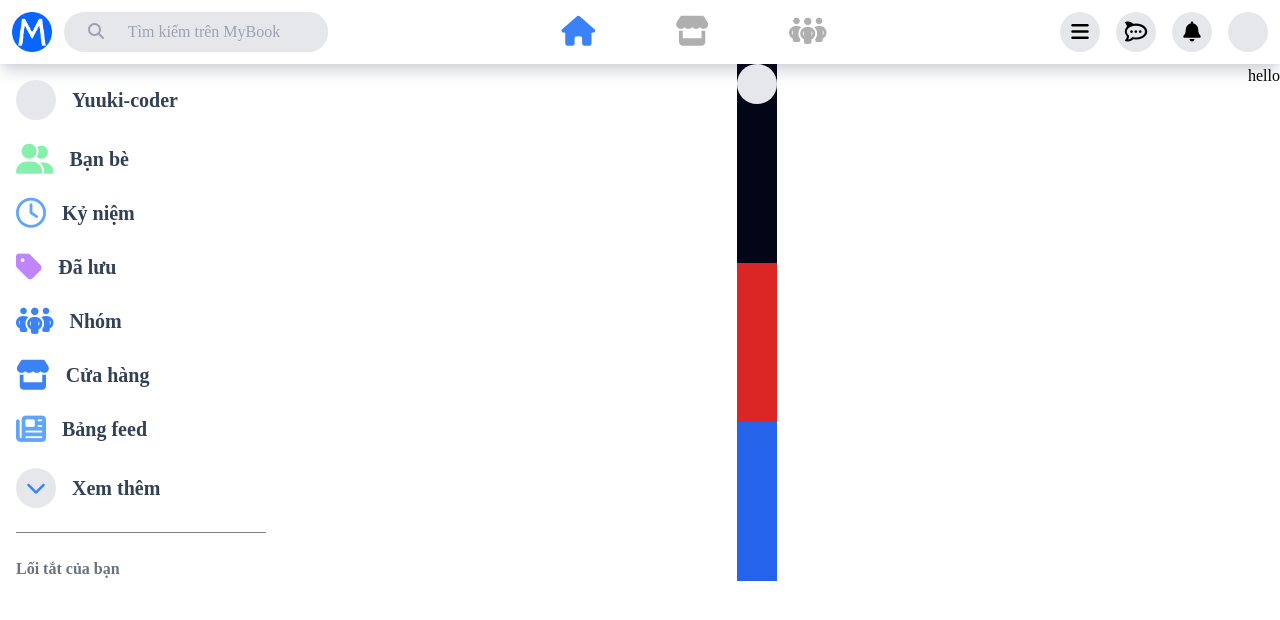
Repository: Yuukicoder/MyBook
Page: / (app in mybook/)
These files come from the project's save history. The page is drawn as it stood at one moment and after the next save; the edit follows.
The browser window is 1280 px wide. The pictures show the whole page.
The project was rebuilt for these pictures with package versions that can differ from the ones it lists, and the page was loaded fresh each time.

Above is the page before, as saved 2023-12-14 09:08:09.

### mybook/src/index.js
import React from 'react';
import ReactDOM from 'react-dom/client';
import './index.css';
import App from './App';
import reportWebVitals from './reportWebVitals';

const root = ReactDOM.createRoot(document.getElementById('root'));
root.render(
  <React.StrictMode >
  <App / >
  </React.StrictMode>
);

// If you want to start measuring performance in your app, pass a function
// to log results (for example: reportWebVitals(console.log))
// or send to an analytics endpoint. Learn more: https://bit.ly/CRA-vitals
reportWebVitals();

### mybook/src/index.css
@tailwind base;
@tailwind components;
@tailwind utilities;
  @import url('https://fonts.googleapis.com/css2?family=Arima:wght@100;200;300;400;500;700&display=swap');
*{
  margin: 0;
  padding: 0;
  box-sizing: border-box;
  font-family: Arima;
  /* border: 1px solid black; */
}
body{
  width: 100%;
  height: 100vh;
}

### mybook/src/App.js
import './App.css';
import '@fortawesome/fontawesome-free/css/all.min.css';
import Navbar from './Navbar'
import Option from './Option'
import News from './News';
import Friend_contact from './Friend_contact';
 var App = () =>
(
    <div class="">
        <Navbar/>
        <div class="flex justify-between">
        <Option name="Yuuki-coder"/>
        <News/>
        <Friend_contact/>
        </div>

    </div>
)

export default App;

### mybook/src/App.css
:root{
  --text-color: rgb(175, 175, 175);
  --bg-icon-color: #e5e7eb;
}
.avatar{
  width: 40px;
  height: 40px;
  background-color: var(--bg-icon-color);
  border-radius: 50%;
  display: flex;
  align-items: center;
  justify-content: center;
}

### mybook/src/Navbar.js
import './Navbar.css'
import '@fortawesome/fontawesome-free/css/all.min.css';

var Navbar = () =>(


    <div class="flex items-center justify-between  w-screen py-3 px-3  shadow-lg shadow-gray-300">
        <div class="flex">

    <div class="Navbar_icon pr-3">
        <img class="w-10 h-10" src='iconMyBook.png' alt=""></img>
    </div>
    <div class="Navbar_search h-10 bg-gray-200 rounded-3xl">
        <label class=" text-center h-full pl-6"for="">
    <i class="fa-solid fa-magnifying-glass text-gray-400" ></i>
        </label>

        <input class="rounded-3xl text-center h-full pr-6 bg-gray-200" type="text" placeholder="Tìm kiếm trên MyBook"></input>
        </div>

    </div>
    <div class="  Navbar_selection">
        <ul class="flex gap-20">
            <li>
            <i class="fa-solid fa-house text-blue-500"></i>
            </li>
            <li>
            <i class="fa-solid fa-store"></i>
            </li>
            <li> <i class="fa-solid fa-people-group"></i></li>
        </ul>
    </div>
    <div class="Navbar_option">
        <ul class="flex gap-4 items-center">
            <li>
            <div class="avatar">

                <i class="fa-solid fa-bars"></i>
            </div>
                </li>
            <li>
            <div class="avatar">

                <i class="fa-brands fa-rocketchat"></i>
            </div>
                </li>
            <li>
            <div class="avatar">

                <i class="fa-solid fa-bell"></i>
            </div>
                </li>
            <li><div class="avatar"></div></li>
        </ul>
    </div>
    </div>
)
export default Navbar;

### mybook/src/Option.js
import './Option.css'
// var ButtonCollapse = () =>{

//     var collapse = document.getElementById('collapse');
// }


var Option = (x) => {
    function sayHello(name) {
        alert(`hello, ${name}`);
      }

    return (
    <div class="mt-4 ml-4  grid gap-6">

    <div class="flex gap-4 items-center box ">
        <div class="avatar">
        </div>
        <p class="font-semibold text-xl text-slate-700">{x.name}</p>

    </div>
    <div class="flex gap-4 items-center box">
    <i class="fa-solid fa-user-group text-green-300"></i>
        <p class="font-semibold text-xl text-slate-700">Bạn bè</p>

    </div>
    <div class="flex gap-4 items-center box ">
    <i class="fa-regular fa-clock text-blue-400"></i>
        <p class="font-semibold text-xl text-slate-700">Kỷ niệm</p>

    </div>
    <div class="flex gap-4 items-center box ">
    <i class="fa-solid fa-tag text-purple-400"></i>
        <p class="font-semibold text-xl text-slate-700">Đã lưu</p>

    </div>
    <div class="flex gap-4 items-center box ">
    <i class="fa-solid fa-people-group text-blue-500"></i>
        <p class="font-semibold text-xl text-slate-700">Nhóm</p>

    </div>
    <div class="flex gap-4 items-center box ">
    <i class="fa-solid fa-store text-blue-500"></i>
        <p class="font-semibold text-xl text-slate-700">Cửa hàng</p>

    </div>
    <div class="flex gap-4 items-center box ">
        <i class="fa-solid fa-newspaper text-blue-400"></i>
        <p class="font-semibold text-xl text-slate-700">Bảng feed</p>

    </div>
    <div class="flex gap-4 items-center box " >
        <div class="avatar">
    <i class="fa-solid fa-chevron-down text-blue-500 "></i>
        </div>
        <button class="font-semibold text-xl text-slate-700" onclick={sayHello}>Xem thêm</button>

    </div>
    <div class="line"></div>
    <p class="text-base font-semibold text-gray-500">Lối tắt của bạn</p>
    </div>
)}
export default Option

### mybook/src/News.js
var News = () =>(
    <div class="grid">
        <div class="News_Story bg-slate-950">
            <div class="Story_Page">
                <div class="avatar"></div>
                <div class="author"></div>
            </div>
        </div>
        <div class="News_Tools bg-red-600"></div>
        <div class="News_Page bg-blue-600"></div>
    </div>

)
export default News;

### mybook/src/Friend_contact.js
var Friend_contact = () =>(
    <p>hello</p>
)
export default Friend_contact;

### mybook/src/Navbar.css
:root{
    --text-color: rgb(175, 175, 175);
    --bg-icon-color: #e5e7eb;
  }
  ul i{
  color: var(--text-color);
  font-size: 30px;
  }

  .Navbar_option ul li i{
    color: black;
  font-size: 20px;

  }

### mybook/src/Option.css

.box i{
    font-size: 30px;
}
.line{
    width: 250px;
    height: 1px;
    background-color: grey;
}
.avatar i{
    font-size: 20px;
}

### mybook/tailwind.config.js
/** @type {import('tailwindcss').Config} */
module.exports = {
  content: [
    "./src/**/*.{js,jsx,ts,tsx}",
  ],
  theme: {
    extend: {},
    color:{
      'text-grey':'#9ca9c9'
    }
  },
  plugins: [],
}

Loaded but not shown: mybook/public/index.html (common file); mybook/src/reportWebVitals.js (common file)

After the next save:
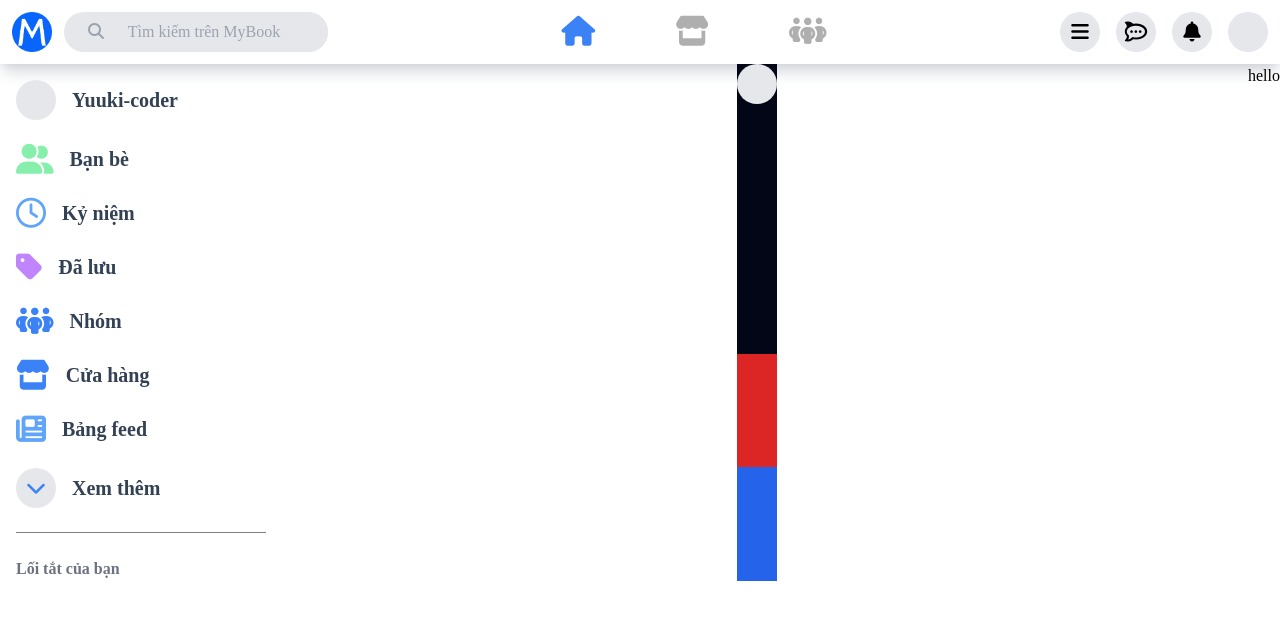
Saved 22 s later.
--- a/mybook/src/News.js
+++ b/mybook/src/News.js
@@ -1,7 +1,7 @@
 var News = () =>(
     <div class="grid">
         <div class="News_Story bg-slate-950">
-            <div class="Story_Page">
+            <div class="Story_Page h-44">
                 <div class="avatar"></div>
                 <div class="author"></div>
             </div>

After the save that followed:
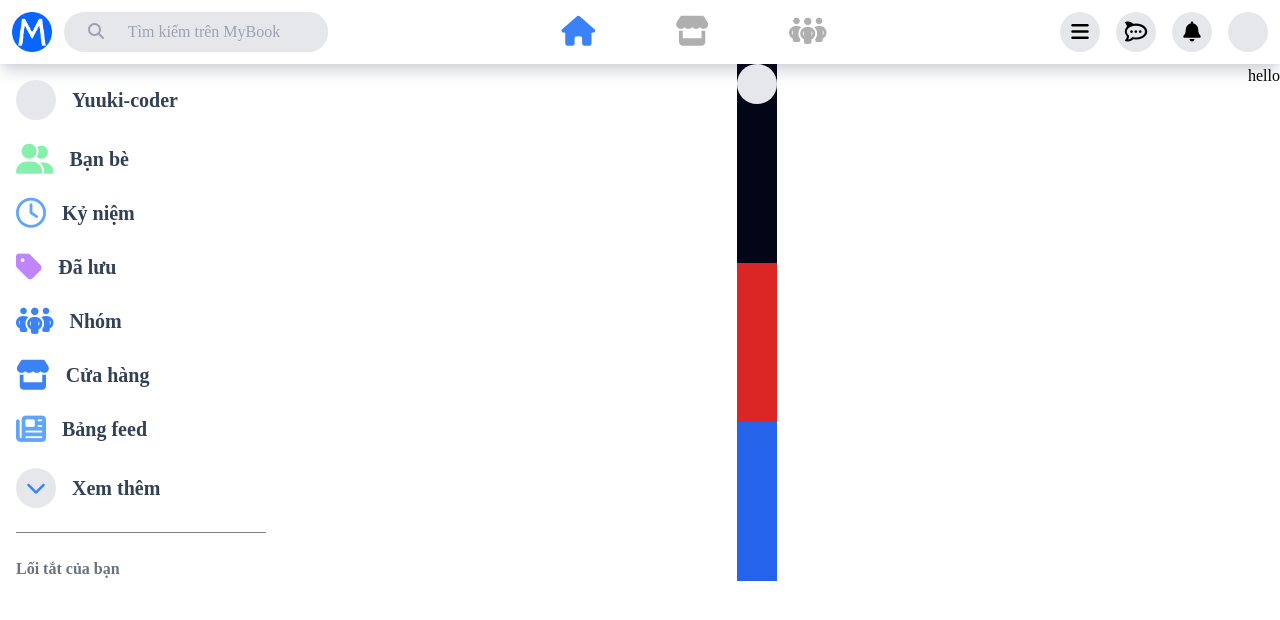
Saved 8 s later.
--- a/mybook/src/News.js
+++ b/mybook/src/News.js
@@ -1,7 +1,7 @@
 var News = () =>(
     <div class="grid">
         <div class="News_Story bg-slate-950">
-            <div class="Story_Page h-44">
+            <div class="Story_Page ">
                 <div class="avatar"></div>
                 <div class="author"></div>
             </div>
